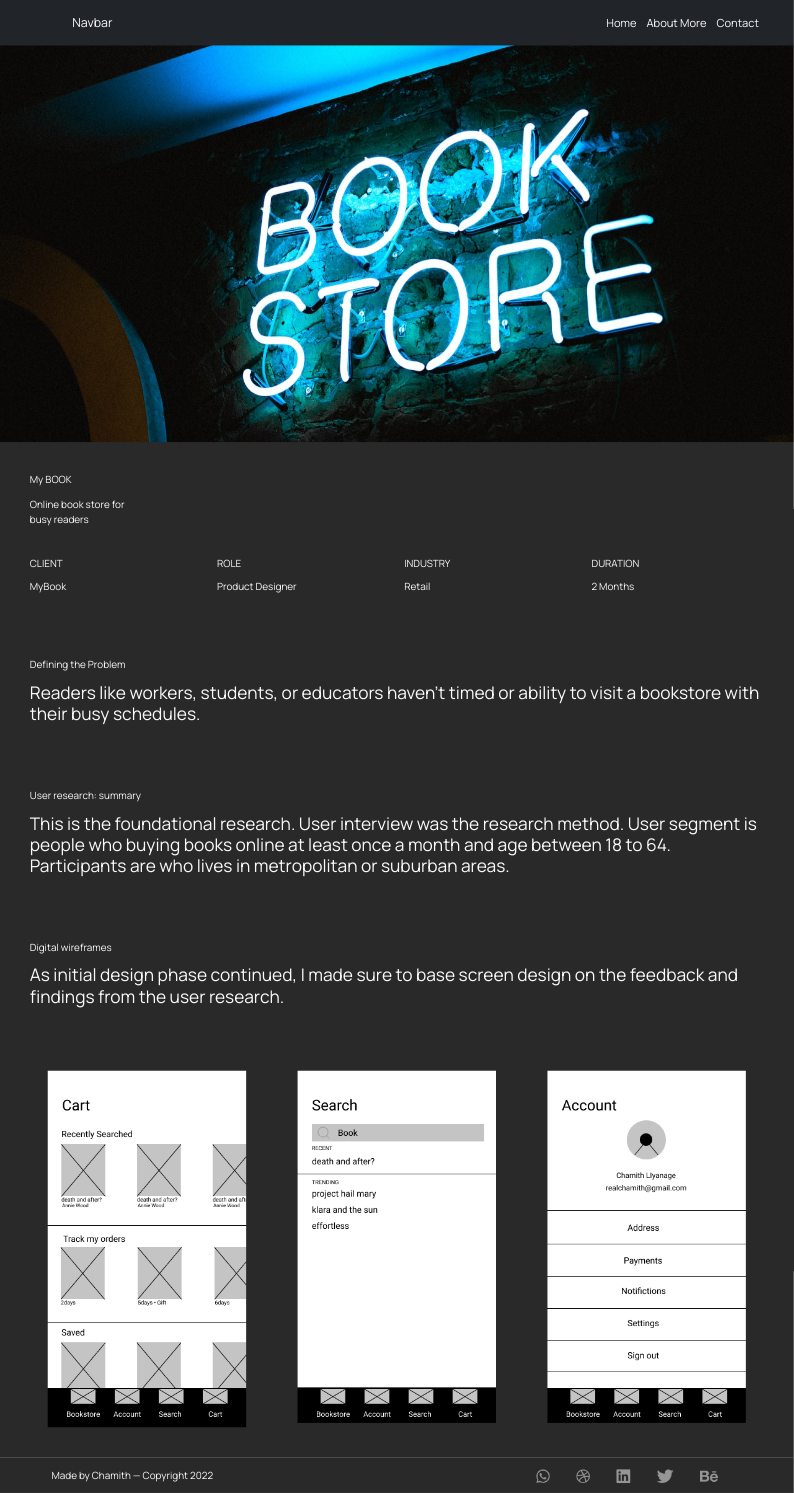
Repository: Realchamithweb/chamith-html
Page: work.html
The author's editor kept a copy of each file at every save. The page is drawn from the files as they stood at one save, then again after a run of saves.
The browser window is 1280 px wide. The pictures show the whole page, at 62% of full size.

Above is the page before, as saved 2023-01-24 07:46:51.

### work.html
<!doctype html>
<html lang="en">
  <head>
    <!-- Required meta tags -->
    <meta charset="utf-8">
    <meta name="viewport" content="width=device-width, initial-scale=1">
    <link rel="stylesheet" href="/css/style.css">
    <!-- Bootstrap CSS -->
    <link href="https://cdn.jsdelivr.net/npm/bootstrap@5.0.2/dist/css/bootstrap.min.css" rel="stylesheet" integrity="sha384-EVSTQN3/azprG1Anm3QDgpJLIm9Nao0Yz1ztcQTwFspd3yD65VohhpuuCOmLASjC" crossorigin="anonymous">
    <link rel="stylesheet" href="https://fonts.googleapis.com/css?family=Manrope">
    <title>Hello, world!</title>
  </head>
  <body>
    <div class="main">
            <div class="head">
                <nav class="navbar navbar-expand-lg navbar-light bg-dark">
                    <div class="container-fluid">
                        <div class="col-md-1"></div>
                    <a class="navbar-brand col-md-8 text-light" href="/index.html">Navbar</a>
                    <button class="navbar-toggler" type="button" data-bs-toggle="collapse" data-bs-target="#navbarNavDropdown" aria-controls="navbarNavDropdown" aria-expanded="false" aria-label="Toggle navigation">
                        <span class="navbar-toggler-icon"></span>
                    </button>
                    <div class="collapse navbar-collapse" id="navbarNavDropdown">
                        <ul class="navbar-nav">
                        <li class="nav-item">
                            <a class="nav-link active text-light" aria-current="page" href="/index.html">Home</a>
                        </li>
                        <li class="nav-item">
                            <a class="nav-link text-light" href="/work.html">About More</a>
                        </li>
                        <li class="nav-item">
                            <a class="nav-link text-light" href="/contact.html">Contact</a>
                        </li>
                        </ul>
                    </div>
                    </div>
                </nav>
            </div>
            <section>
                <div class="row">
                    <img src="/inc/work-top.png" class="work-hero">
                </div>
            </section>
            <section>
                <div class="row">
                    <div class="container-fluid text-light ms-5 mt-5">
                        <p>My BOOK</p>
                        <h>Online book store for<br>
                            busy readers </h3>
                    </div>
                </div>
                <div class="row p-5">
                        <div class="col-lg-3 text-light">
                            <p>CLIENT</p>
                            <h6>MyBook</h6>
                        </div>
                        <div class="col-lg-3 text-light">
                            <p>ROLE</p>
                            <h6>Product Designer</h6>
                        </div>
                        <div class="col-lg-3 text-light">
                            <p>INDUSTRY</p>
                            <h6>Retail</h6>
                        </div>
                        <div class="col-lg-3 text-light">
                            <p>DURATION</p>
                            <h6>2 Months</h6>
                        </div>
                </div>
            </section>
            <section>
                <div class="row p-5">
                    <div class="col-lg-12 text-light">
                        <p>Defining the Problem</p>
                        <h3>Readers like workers, students, or educators haven't timed or ability to visit a bookstore with their busy schedules.</h3>
                    </div>
                </div>
            </section>
            <section>
                <div class="row p-5">
                    <div class="col-lg-12 text-light">
                        <p>User research: summary</p>
                        <h3>This is the foundational research. User interview was the research method. User segment is people who buying books online at least once a month and age between 18 to 64. Participants are who lives in metropolitan or suburban areas.</h3>
                    </div>
                </div>
            </section>
            <section>
                <div class="row p-5">
                    <div class="col-lg-12 text-light">
                        <p>Digital wireframes</p>
                        <h3>As initial design phase continued, I made sure to base screen design on the feedback and findings from the user research.</h3>
                    </div>
                </div>
            </section>
            <section>
                <div class="row p-5">
                    <div class="col-lg-4 mx-auto">
                        <img src="/inc/Cart.png" class="img-fluid mx-auto d-block text-center">
                    </div>
                    <div class="col-lg-4 mx-auto">
                        <img src="/inc/Search.png" class="img-fluid mx-auto d-block text-center">
                    </div>
                    <div class="col-lg-4 mx-auto">
                        <img src="/inc/Account.png" class="img-fluid mx-auto d-block text-center">
                    </div>
                </div>
            </section>
            <section>
              <div class="footer">
                  <div class="container-fluid">
                      <div class="row">
                          <hr class="text-light">
                          <div class="col-lg-4 text-center text-light mb-3">Made by Chamith — Copyright 2022</div>
                          <div class="col-lg-4 mb-3"></div>
                          <div class="col-lg-4 mb-3"><img src="/inc/Icons.png" class="img02"></div>
                      </div>
                  </div>
              </div>
          </section>

  </div>


    <!-- Optional JavaScript; choose one of the two! -->

    <!-- Option 1: Bootstrap Bundle with Popper -->
    <script src="https://cdn.jsdelivr.net/npm/bootstrap@5.0.2/dist/js/bootstrap.bundle.min.js" integrity="sha384-MrcW6ZMFYlzcLA8Nl+NtUVF0sA7MsXsP1UyJoMp4YLEuNSfAP+JcXn/tWtIaxVXM" crossorigin="anonymous"></script>

    <!-- Option 2: Separate Popper and Bootstrap JS -->
    <!--
    <script src="https://cdn.jsdelivr.net/npm/@popperjs/core@2.9.2/dist/umd/popper.min.js" integrity="sha384-IQsoLXl5PILFhosVNubq5LC7Qb9DXgDA9i+tQ8Zj3iwWAwPtgFTxbJ8NT4GN1R8p" crossorigin="anonymous"></script>
    <script src="https://cdn.jsdelivr.net/npm/bootstrap@5.0.2/dist/js/bootstrap.min.js" integrity="sha384-cVKIPhGWiC2Al4u+LWgxfKTRIcfu0JTxR+EQDz/bgldoEyl4H0zUF0QKbrJ0EcQF" crossorigin="anonymous"></script>
    -->
  </body>
</html>

### css/style.css
.main{
    background-color: #292929;
    font-family: 'Manrope', serif;
    overflow-x: hidden;

}
.navbar{
    padding-top: 15px!important;
    padding-bottom: 15px!important;
}
.nav-link{
    font-size: 18px!important;
}
.hero{
    margin-top: 66px;
}

.hero-img{
    margin-top: 3em;
}

.hero-title{
    font-style: normal;
    font-weight: 400;
    font-size: 54px;
    line-height: 64px;
    margin-left: 96px;
}

.hero-text{
    font-style: normal;
    font-weight: 400;
    font-size: 20px;
    line-height: 30px;
    margin-left: 96px;
}

.hero-btn{
    margin-left: 96px;
}

.work-img:hover img{
        opacity: 0.5;
}

.work-img {
    position: relative;
  }

  .bg-color
  .work-img img {
    width: 100%;
    opacity: 1;
    transition: opacity 0.5s;
  }
.work-img .text {
    position: absolute;
    top: 50%;
    left: 50%;
    transform: translate(-50%, -50%);
    text-align: center;
    color: white;
  }

  .work-hero{
    width: 1440px;
    height: 640px;
    left: 0px;
    top: 0px;
  }
/*
.hero-title{
    position: absolute;
    width: 824px;
    height: 192px;
    left: 96px;
    top: 240px;

    font-family: 'Inter';
    font-style: normal;
    font-weight: 400;
    font-size: 54px;
    line-height: 64px;
    color: #000000;
}

.hero-text{
    position: absolute;
    width: 824px;
    height: 90px;
    left: 96px;
    top: 456px;

    font-family: 'Inter';
    font-style: normal;
    font-weight: 400;
    font-size: 20px;
    line-height: 30px;
    /* or 150% */
    /* color: #000000
}

.hero-btn{
    box-sizing: border-box;
    position: absolute;
    width: 341.57px;
    height: 57px;
    left: 96px;
    top: 634px;

    background: #FFFFFF;
    border: 1px solid #000000;
    border-radius: 4px;
}

.f-row{
    display: flex;
    flex-direction: row;
    justify-content: center;
    align-items: center;
    padding: 8px;
    gap: 32px;

    position: absolute;
    height: 48px;
    left: 96px;
    top: 836px;
}

.img00{
    display: flex;
    flex-direction: row;
    justify-content: center;
    align-items: center;
    padding: 8px;
    gap: 32px;

    position: absolute;
    width: 198px;
    height: 48px;
    left: 96px;
    top: 836px;

}

.img01{
    position: absolute;
    width: 612px;
    height: 888px;
    left: 96px;
    top: 964px;
    border-radius: 4px;
}

.img01:hover{
    background: linear-gradient(0deg, rgba(0, 0, 0, 0.6), rgba(0, 0, 0, 0.6)), url("/inc/Bookstore.png"), #292929;
}

.img02{
    position: absolute;
    width: 612px;
    height: 888px;
    left: 732px;
    top: 1102px;

    background: url(3ffea8135910975.Y3JvcCwxMDgwLDg0NCwwLDExNw.png), #292929;
    border-radius: 4px;
}  */

After the next 2 saves:
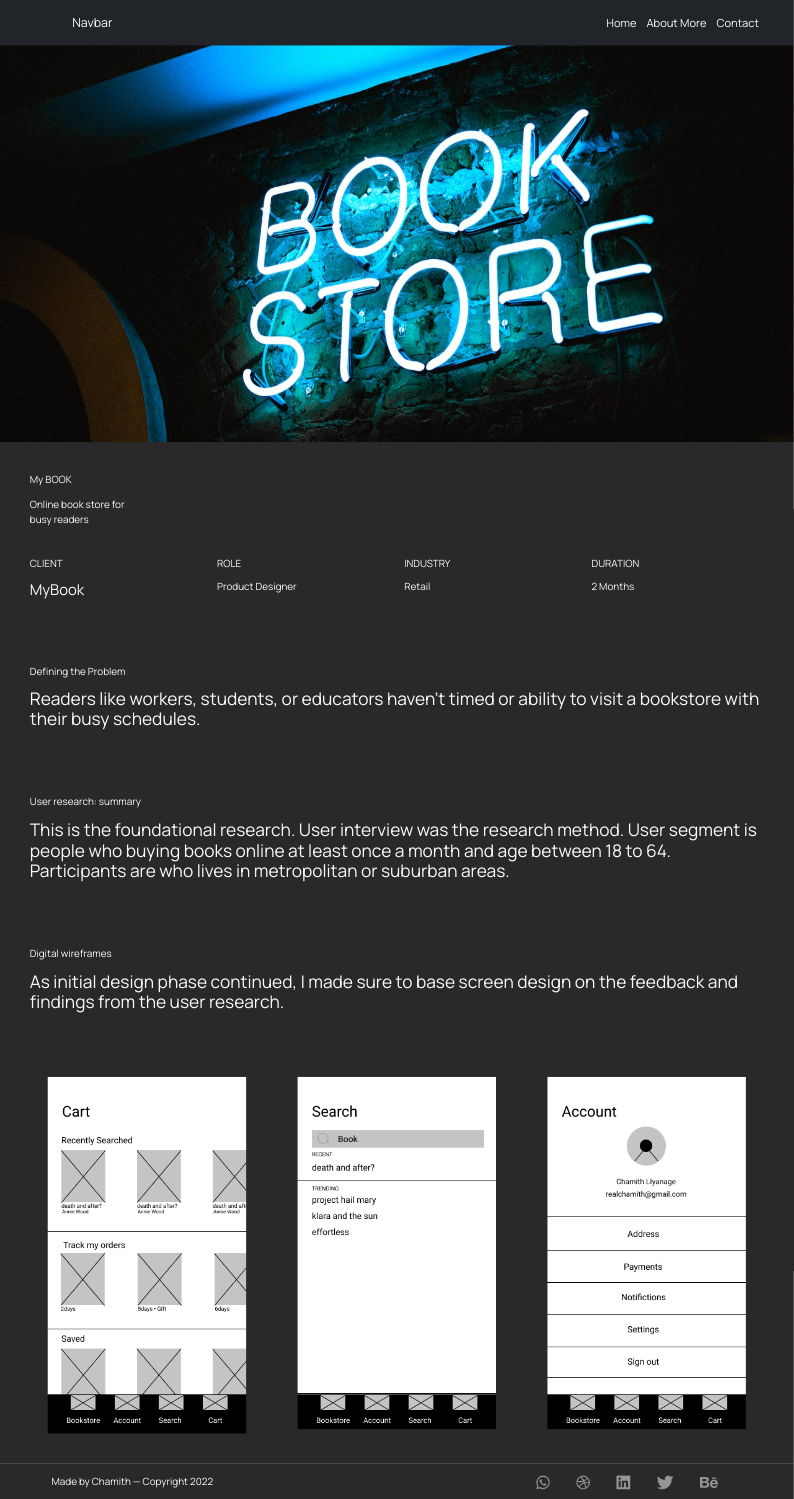
The 2 saves are shown as one change because they came seconds apart.
The last was saved 26 s later.
--- a/work.html
+++ b/work.html
@@ -52,7 +52,7 @@
                 <div class="row p-5">
                         <div class="col-lg-3 text-light">
                             <p>CLIENT</p>
-                            <h6>MyBook</h6>
+                            <h4>MyBook</h6>
                         </div>
                         <div class="col-lg-3 text-light">
                             <p>ROLE</p>
